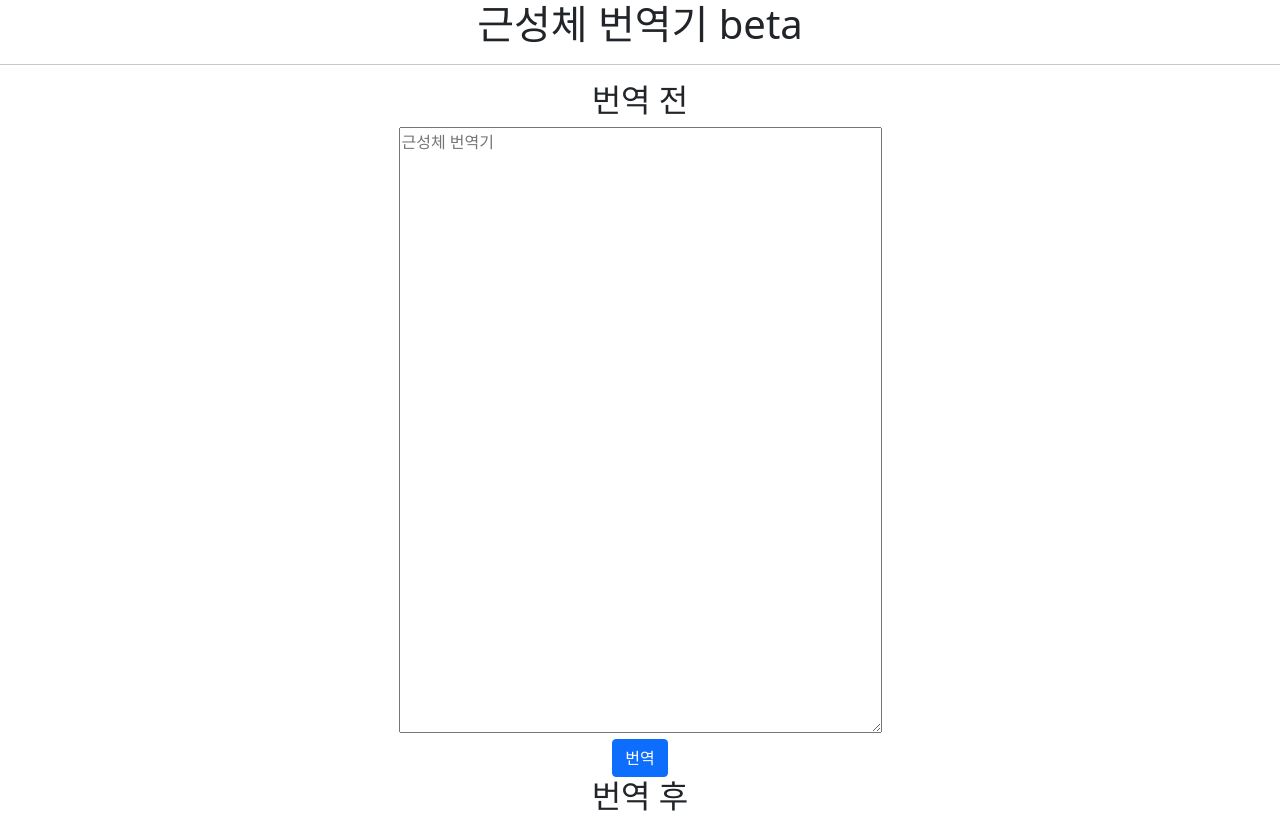
Repository: mickey530/jsp_practice
Page: http://localhost/JSPBasic/sungmo_send.jsp
These files come from the project's save history. The page is drawn as it stood at one moment and after the next save; the edit follows.
The browser window is 1280 px wide. The pictures show the whole page.
The page is served by Tomcat 9.

Above is the page before, as saved 2022-02-03 12:18:45.

### JSPBasic/src/main/webapp/sungmo_send.jsp
<%@ page language="java" contentType="text/html; charset=UTF-8"
    pageEncoding="UTF-8"%>
<!DOCTYPE html>
<html>
<head>
<meta charset="UTF-8">
<!-- 부트스트랩 링크 -->
<link href="https://cdn.jsdelivr.net/npm/bootstrap@5.1.3/dist/css/bootstrap.min.css" rel="stylesheet" integrity="sha384-1BmE4kWBq78iYhFldvKuhfTAU6auU8tT94WrHftjDbrCEXSU1oBoqyl2QvZ6jIW3" crossorigin="anonymous">
<style>
	h1, h2 {text-align:center;}
</style>
<title>근성체 번역기</title>
</head>
<body>
<header>

	<h1>근성체 번역기 beta</h1>

</header>

<hr/>

<div class="container">

	<div class="row">

		<div class="col-sm-12">
			<h2>번역 전</h2>
			<form action="sungmo_getpost.jsp" method="get" style="text-align:center">
				<textarea name="text" placeholder="근성체 번역기" rows="25" cols="50"></textarea><br/>
				<input type="submit" class="btn btn-primary" value="번역"/>
			</form>
		</div>

		<div class="col-sm-12">
			<h2>번역 후</h2>
		</div>

	</div>

</div>

</body>
</html>

After the next save:
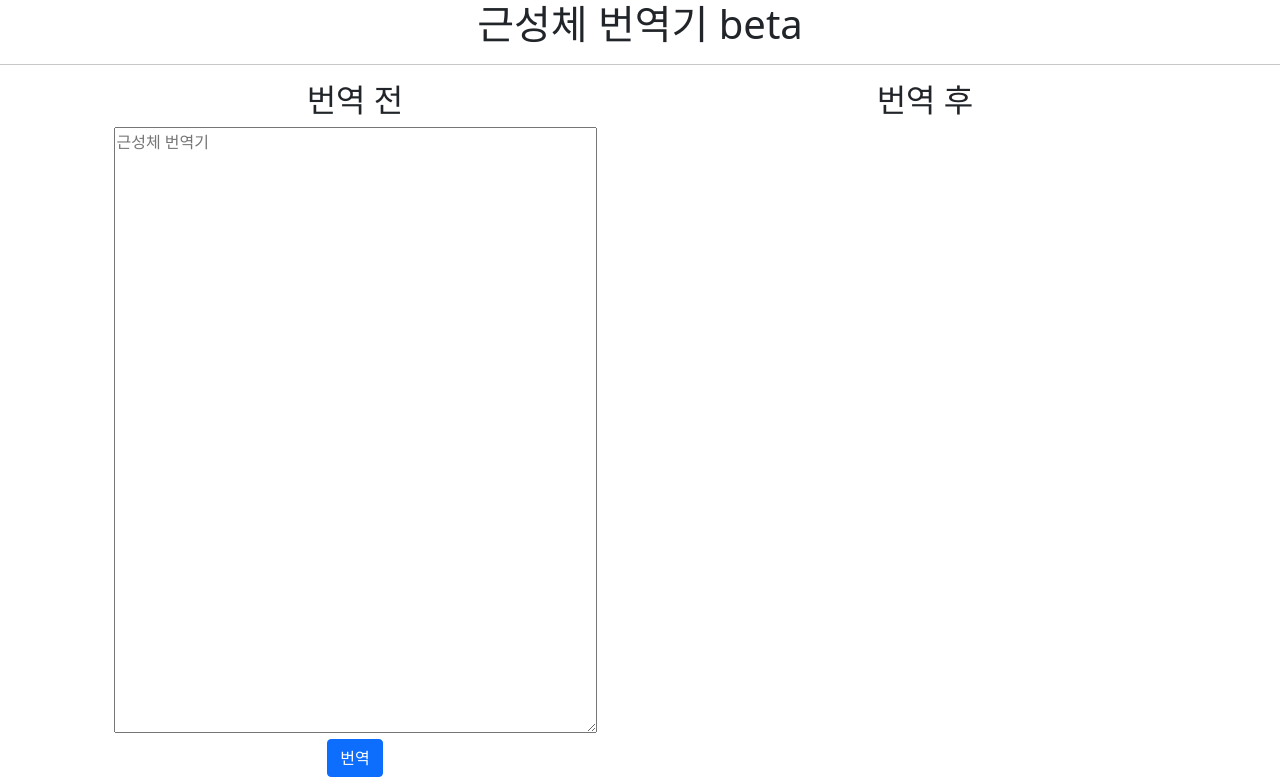
Saved 4 min 37 s later.
--- a/JSPBasic/src/main/webapp/sungmo_send.jsp
+++ b/JSPBasic/src/main/webapp/sungmo_send.jsp
@@ -24,7 +24,7 @@
 
 	<div class="row">
 
-		<div class="col-sm-12">
+		<div class="col">
 			<h2>번역 전</h2>
 			<form action="sungmo_getpost.jsp" method="get" style="text-align:center">
 				<textarea name="text" placeholder="근성체 번역기" rows="25" cols="50"></textarea><br/>
@@ -32,7 +32,7 @@
 			</form>
 		</div>
 
-		<div class="col-sm-12">
+		<div class="col">
 			<h2>번역 후</h2>
 		</div>
 
